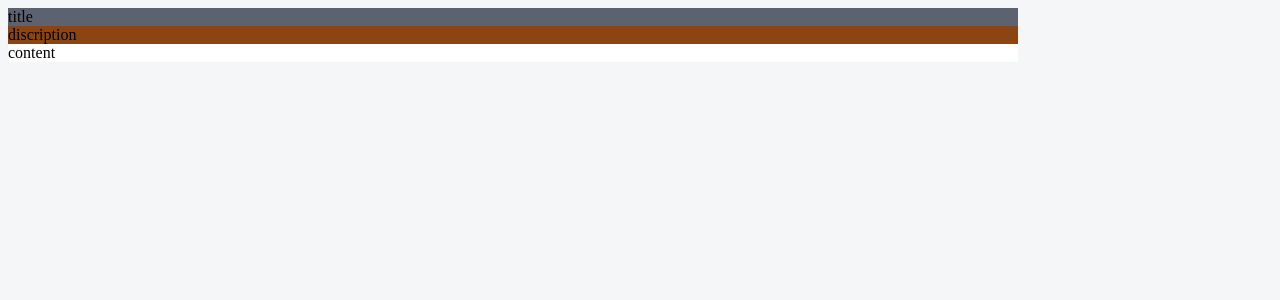
Repository: greden0814/myBlog
Page: /#/pages/articles
The author's editor kept a copy of each file at every save. The page is drawn from the files as they stood at one save, then again after the next save.
The browser window is 1280 px wide. The pictures show the whole page.
The project was rebuilt for these pictures with package versions that can differ from the ones it lists, and the page was loaded fresh each time.

Above is the page before, as saved 2021-07-24 18:17:04.

After the next save:
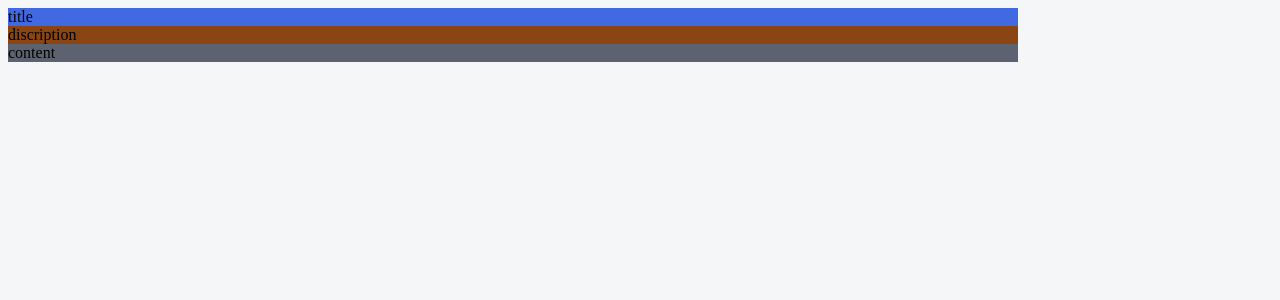
Saved 14 s later.
--- a/src/views/articles/index.vue
+++ b/src/views/articles/index.vue
@@ -26,7 +26,7 @@ export default {
         .discription {
             background-color: saddlebrown;
         }
-        .title {
+        .content {
             background-color: rgb(93, 98, 113);
         }
     }
